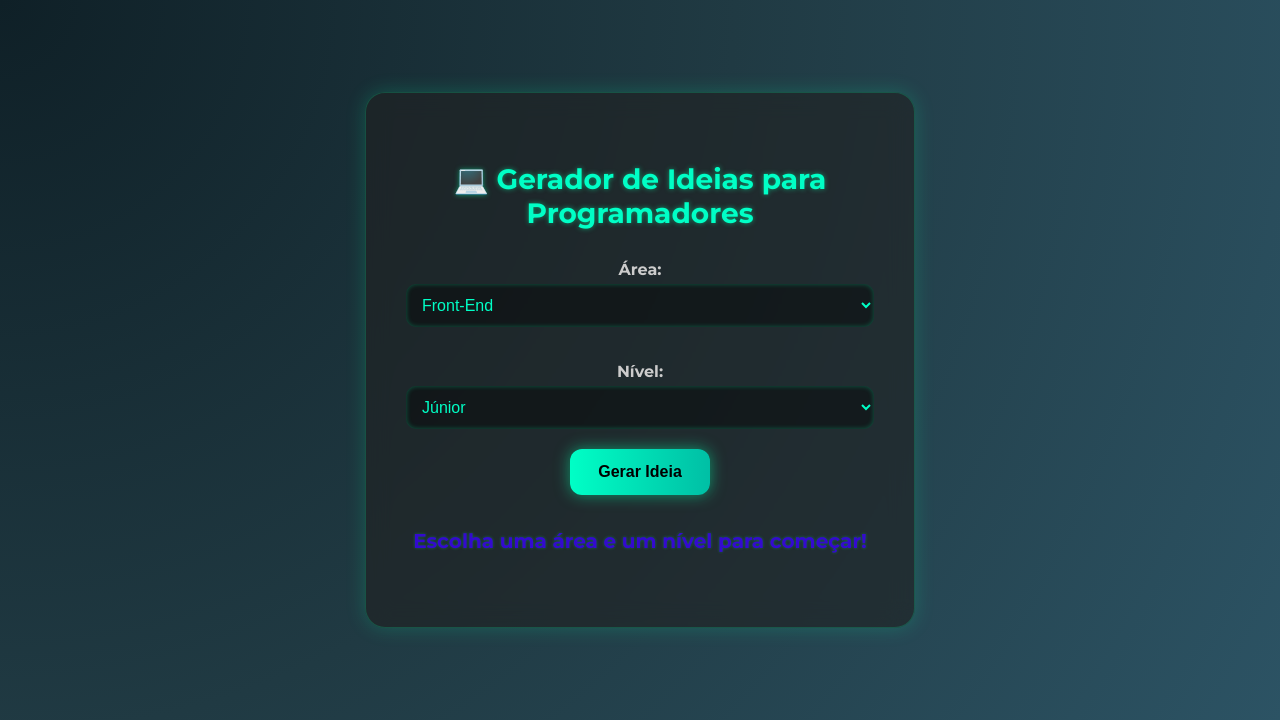
Repository: Wbyh7z/gerador-de-projeto
Page: index.html
These files come from the project's save history. The page is drawn as it stood at one moment and after the next save; the edit follows.
The browser window is 1280 px wide. The pictures show the whole page.

Above is the page before, as saved 2025-08-08 15:39:54.

### index.html
<!DOCTYPE html>
<html lang="pt-BR">
<head>
  <meta charset="UTF-8">
  <title>Gerador de Ideias para Devs</title>
  <link rel="stylesheet" href="style.css">
</head>
<body>
  <div class="container">
    <h1>💻 Gerador de Ideias para Programadores</h1>

    <label for="area">Área:</label>
    <select id="area">
      <option value="frontend">Front-End</option>
      <option value="backend">Back-End</option>
      <option value="fullstack">Full Stack</option>
    </select>

    <label for="nivel">Nível:</label>
    <select id="nivel">
      <option value="junior">Júnior</option>
      <option value="pleno">Pleno</option>
      <option value="senior">Sênior</option>
    </select>

    <button onclick="gerarIdeia()">Gerar Ideia</button>
    <p id="ideia">Escolha uma área e um nível para começar!</p>
  </div>

  <script src="script.js"></script>
</body>
</html>

### style.css
@import url('https://fonts.googleapis.com/css2?family=Montserrat:wght@400;700&display=swap');

* {
  box-sizing: border-box;
}

body {
  font-family: 'Montserrat', sans-serif;
  margin: 0;
  height: 100vh;
  display: flex;
  justify-content: center;
  align-items: center;
  background: radial-gradient(circle at top left, #0f2027, #203a43, #2c5364);
  color: #e0e0e0;
}

.container {
  background: rgba(32, 32, 32, 0.6);
  backdrop-filter: blur(12px);
  border-radius: 20px;
  padding: 50px 40px;
  box-shadow: 0 0 20px rgba(0, 255, 170, 0.2);
  text-align: center;
  max-width: 550px;
  width: 90%;
  transition: all 0.3s ease;
  border: 1px solid rgba(0, 255, 170, 0.2);
}

h1 {
  font-size: 28px;
  font-weight: 700;
  margin-bottom: 30px;
  color: #00ffc6;
  text-shadow: 0 0 5px rgba(0, 255, 170, 0.5);
}

label {
  display: block;
  margin: 15px 0 5px;
  font-weight: 600;
  font-size: 16px;
  color: #ccc;
}

select {
  width: 100%;
  padding: 12px;
  font-size: 16px;
  border-radius: 10px;
  border: none;
  margin-bottom: 20px;
  background-color: rgba(0, 0, 0, 0.4);
  color: #00ffc6;
  box-shadow: inset 0 0 5px rgba(0, 255, 170, 0.3);
  transition: background-color 0.3s ease;
}

select:focus {
  outline: none;
  background-color: rgba(0, 255, 170, 0.1);
}

button {
  padding: 14px 28px;
  font-size: 16px;
  font-weight: 700;
  background: linear-gradient(90deg, #00ffc6, #00bfa5);
  color: #000;
  border: none;
  border-radius: 12px;
  cursor: pointer;
  box-shadow: 0 0 15px rgba(0, 255, 170, 0.5);
  transition: transform 0.2s ease, box-shadow 0.3s ease;
}

button:hover {
  transform: scale(1.08);
  box-shadow: 0 0 25px rgba(0, 255, 170, 0.8);
}

#ideia {
  margin-top: 30px;
  font-size: 20px;
  font-weight: 600;
  line-height: 1.6;
  color: #340acf;
  text-shadow: 0 0 3px rgba(0, 255, 170, 0.3);
}

### script.js
const ideias = {
  frontend: {
    junior: [
      "Página de portfólio com HTML/CSS/JS",
      "Landing page responsiva com animações",
      "Clone de uma página famosa (Netflix, Spotify)"
    ],
    pleno: [
      "Dashboard com gráficos usando Chart.js",
      "App com React e consumo de API pública",
      "Sistema de temas claro/escuro com localStorage"
    ],
    senior: [
      "SPA com React + Redux + autenticação OAuth",
      "Editor de texto online com funcionalidades avançadas",
      "Aplicativo PWA com cache offline e notificações push"
    ]
  },
  backend: {
    junior: [
      "API REST simples com Node.js e Express",
      "Sistema de cadastro com SQLite",
      "Gerador de senhas seguras via terminal"
    ],
    pleno: [
      "Autenticação com JWT e MongoDB",
      "Sistema de agendamento com Express e PostgreSQL",
      "API com testes automatizados usando Jest"
    ],
    senior: [
      "Microserviços com Docker, Kafka e PostgreSQL",
      "Sistema de filas com RabbitMQ",
      "Serviço de envio de e-mails com logs e monitoramento"
    ]
  },
  fullstack: {
    junior: [
      "To-do list com React no front e Express no back",
      "Blog com painel admin simples",
      "Sistema de login com validação básica"
    ],
    pleno: [
      "E-commerce com carrinho, login e banco de dados",
      "Plataforma de receitas com upload de imagens",
      "Sistema de comentários com moderação"
    ],
    senior: [
      "Plataforma de cursos com vídeos, pagamentos e painel admin",
      "Sistema de chat em tempo real com WebSocket",
      "Aplicativo completo com CI/CD e testes automatizados"
    ]
  }
};

function gerarIdeia() {
  const area = document.getElementById("area").value;
  const nivel = document.getElementById("nivel").value;

  const lista = ideias[area][nivel];
  const ideia = lista[Math.floor(Math.random() * lista.length)];

  document.getElementById("ideia").textContent = `💡 ${ideia}`;
}

After the next save:
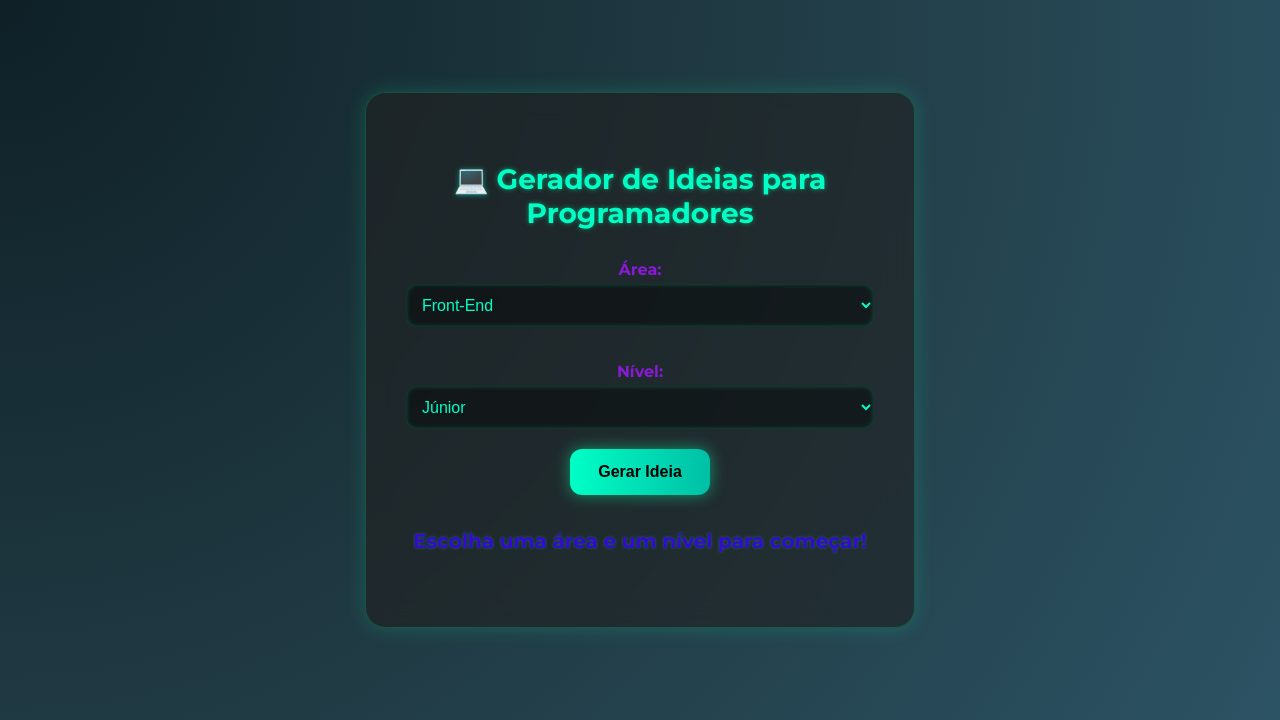
Saved 16 s later.
--- a/style.css
+++ b/style.css
@@ -41,7 +41,7 @@
   margin: 15px 0 5px;
   font-weight: 600;
   font-size: 16px;
-  color: #ccc;
+  color: #8b1ad6;
 }
 
 select {

After the save that followed:
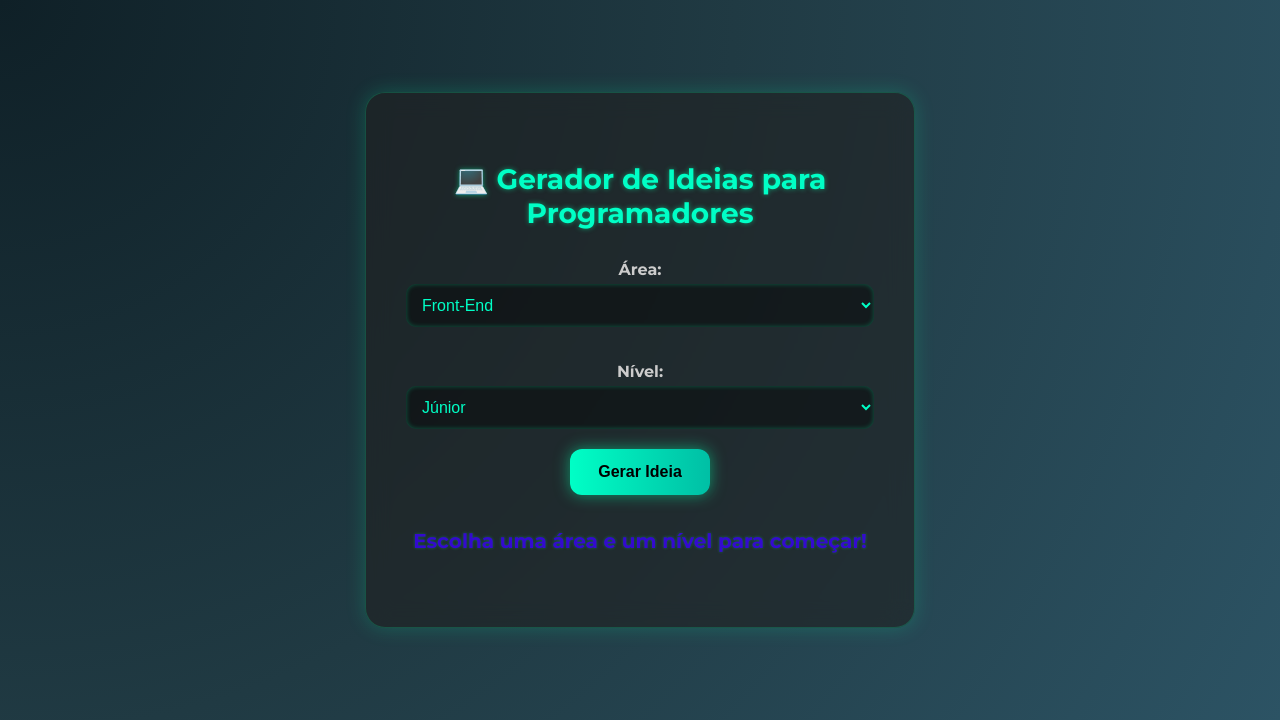
Saved 21 s later.
--- a/style.css
+++ b/style.css
@@ -12,7 +12,7 @@
   justify-content: center;
   align-items: center;
   background: radial-gradient(circle at top left, #0f2027, #203a43, #2c5364);
-  color: #e0e0e0;
+  color: #072dd4;
 }
 
 .container {
@@ -41,7 +41,7 @@
   margin: 15px 0 5px;
   font-weight: 600;
   font-size: 16px;
-  color: #8b1ad6;
+  color: #ccc;
 }
 
 select {
